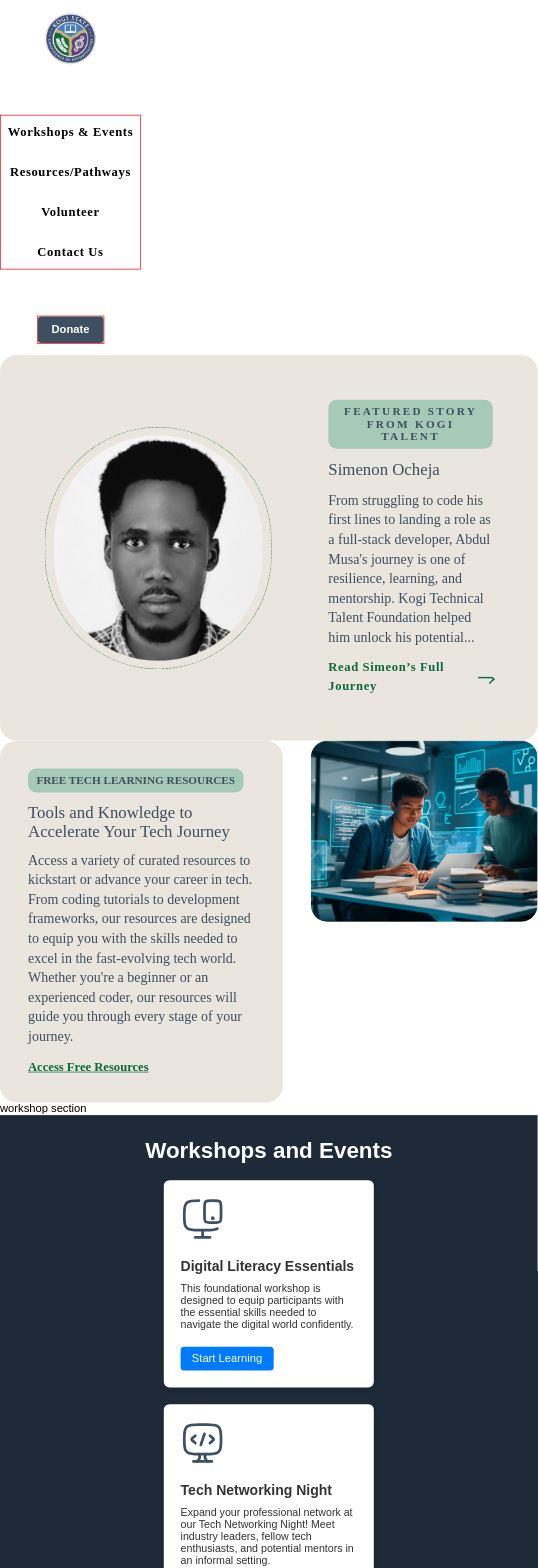
Repository: Cryptim/3MTT-Kogi-Foundation
Page: index.html
These files come from the project's save history. The page is drawn as it stood at one moment and after the next save; the edit follows.
The browser window is 768 px wide. The pictures show the part of the page from y = 0 to 2240 px (the page is 5301 px tall before and 5047 px after), at 70% of full size.

Above is the page before, as saved 2024-11-04 03:24:20.

### index.html
<!DOCTYPE html>
<html lang="en">
  <head>
    <meta charset="UTF-8" />
    <meta name="viewport" content="width=device-width, initial-scale=1.0" />
    <title>Three Million Technical Talent Foundation</title>
    <link rel="stylesheet" href="stlyes/style.css" />
  </head>
  <body>
    <header class="header">
      <div class="logo">
        <img src="assets/images/logo.png" alt="Foundation Logo" />
      </div>
      <nav class="nav">
        <a href="#">Workshops & Events</a>
        <a href="#">Resources/Pathways</a>
        <a href="#">Volunteer</a>
        <a href="#">Contact Us</a>
      </nav>
      <div class="donate-button">
        <button>Donate</button>
      </div>
    </header>
    <!-- <div class="hero-section">
      <div class="text-container">
        <h1>Empowering Kogi's Brightest Minds for a Future in Tech</h1>
        <p>
          Are you ready to lead the future of tech? Kogi Technical Talent
          Foundation offers mentorship and cutting-edge resources to help early
          adopters like you grow and innovate.
        </p>
        <button>Explore Free Resources</button>
      </div>
      <div class="image-container">
        <img
          src="assets/images/Frame 5.png"
          alt="Team working with technology"
        />
        <div class="tag tag-collaborations">Collaborations</div>
        <div class="tag tag-volunteerism">Volunteerism</div>
        <div class="tag tag-mentorship">Mentorship</div>
        <div class="tag tag-empowerment">Empowerment</div>
        <div class="tag tag-free-resources">Free Resources</div>
        <div class="tag tag-partnership">Partnership</div>
      </div>
    </div>
    <div
      style="
        display: flex;
        flex-direction: column;
        gap: 40px;
        padding: 80px 20px;
        background-color: #fff;
      "
    >
      <!-- Featured Story Section -->
      <div
        style="
          width: 100%;
          padding: 64px;
          background: #eae6dd;
          border-radius: 24px;
          display: flex;
          align-items: center;
          gap: 81px;
        "
      >
        <div
          style="
            height: 346px;
            padding: 12px;
            border-radius: 500px;
            border: 1px #0c6a38 dotted;
            display: flex;
            align-items: center;
          "
        >
          <img
            style="
              color: #3d4f60;
              font-size: 16px;
              font-family: Cascadia Code;
              font-weight: 600;
              text-transform: uppercase;
              line-height: 28px;
              letter-spacing: 3.2px;
              word-wrap: break-word;
            "
            src="assets/images/Simeon ocheja 1.png"
            alt="Simenon Ocheja"
          />
        </div>
        <div
          style="width: 589px; display: flex; flex-direction: column; gap: 16px"
        >
          <div
            style="
              padding: 8px 12px;
              background: #a7cab7;
              border-radius: 12px;
              text-align: center;
            "
          >
            <span
              style="
                color: #3d4f60;
                font-size: 16px;
                font-family: Cascadia Code;
                font-weight: 600;
                text-transform: uppercase;
                letter-spacing: 3.2px;
              "
              >Featured Story from Kogi talent</span
            >
          </div>
          <h2
            style="
              color: #3d4f60;
              font-size: 24px;
              font-family: Cascadia Code;
              font-weight: 400;
            "
          >
            Simenon Ocheja
          </h2>
          <p
            style="
              width: 100%;
              color: #3d4f60;
              font-size: 20px;
              font-family: Cascadia Code;
              font-weight: 300;
              line-height: 28px;
              word-wrap: break-word;
            "
          >
            From struggling to code his first lines to landing a role as a
            full-stack developer, Abdul Musa's journey is one of resilience,
            learning, and mentorship. Kogi Technical Talent Foundation helped
            him unlock his potential...
          </p>
          <div style="display: flex; align-items: center; gap: 8px">
            <span
              style="
                color: #0c6a38;
                font-size: 18px;
                font-family: Cascadia Code;
                font-weight: 700;
                line-height: 27.2px;
                letter-spacing: 0.9px;
                word-wrap: break-word;
              "
              >Read Simeon’s Full Journey</span
            >
            <div style="width: 24px; height: 24px; position: relative">
              <div
                style="
                  width: 20px;
                  height: 0;
                  position: absolute;
                  border-top: 2.5px solid #0c6a38;
                  top: 50%;
                  left: 0;
                "
              ></div>
              <div
                style="
                  width: 5px;
                  height: 10px;
                  position: absolute;
                  border-right: 2.5px solid #0c6a38;
                  border-top: 2.5px solid #0c6a38;
                  top: 50%;
                  right: 0;
                  transform: rotate(45deg);
                "
              ></div>
            </div>
          </div>
        </div>
      </div>

      <!-- Free Tech Learning Resources Section -->
      <div style="display: flex; gap: 40px">
        <div
          style="
            flex: 1;
            padding: 40px;
            background: #eae6dd;
            border-radius: 24px;
          "
        >
          <div
            style="
              padding: 8px 12px;
              background: #a7cab7;
              border-radius: 12px;
              display: inline-block;
            "
          >
            <span
              style="
                color: #3d4f60;
                font-size: 16px;
                font-family: Cascadia Code;
                font-weight: 600;
                text-transform: uppercase;
              "
              >Free Tech Learning Resources</span
            >
          </div>
          <h3
            style="
              color: #3d4f60;
              font-size: 24px;
              font-family: Cascadia Code;
              font-weight: 400;
              margin-top: 16px;
            "
          >
            Tools and Knowledge to Accelerate Your Tech Journey
          </h3>
          <p
            style="
              color: #3d4f60;
              font-size: 20px;
              font-family: Cascadia Code;
              font-weight: 300;
              line-height: 1.4;
              margin-top: 12px;
            "
          >
            Access a variety of curated resources to kickstart or advance your
            career in tech. From coding tutorials to development frameworks, our
            resources are designed to equip you with the skills needed to excel
            in the fast-evolving tech world. Whether you're a beginner or an
            experienced coder, our resources will guide you through every stage
            of your journey.
          </p>
          <a
            href="#"
            style="
              color: #0c6a38;
              font-size: 18px;
              font-family: Cascadia Code;
              font-weight: 700;
              display: inline-block;
              margin-top: 20px;
            "
            >Access Free Resources</a
          >
        </div>
        <div style="flex: 1">
          <img
            style="width: 100%; border-radius: 24px"
            src="assets/images/Resources image 1.png"
            alt="Tech Journey"
          />
        </div>
      </div>
    </div>
    workshop section
    <section class="workshops-section">
      <h2>Workshops and Events</h2>
      <div class="workshops-container">
        <div class="workshop-card">
          <div class="icon">
            <img
              src="assets/images/computer-phone-sync.svg"
              alt="Digital Literacy Icon"
            />
          </div>
          <h3>Digital Literacy Essentials</h3>
          <p>
            This foundational workshop is designed to equip participants with
            the essential skills needed to navigate the digital world
            confidently.
          </p>
          <button>Start Learning</button>
        </div>
        <div class="workshop-card">
          <div class="icon">
            <img
              src="assets/images/computer-programming-01.svg"
              alt="Networking Icon"
            />
          </div>
          <h3>Tech Networking Night</h3>
          <p>
            Expand your professional network at our Tech Networking Night! Meet
            industry leaders, fellow tech enthusiasts, and potential mentors in
            an informal setting.
          </p>
          <button>Save Your Spot</button>
        </div>
        <div class="workshop-card">
          <div class="icon">
            <img
              src="assets/images/computer-video-call.svg"
              alt="Marketing Icon"
            />
          </div>
          <h3>Digital Marketing Masterclass</h3>
          <p>
            This workshop covers SEO, social media strategies, and content
            creation techniques to help participants promote their skills and
            projects online.
          </p>
          <button>Join the Masterclass</button>
        </div>
      </div>
    </section>
    <!--  Event section-->
    <section class="events-section">
      <h2>Upcoming Events</h2>
      <div class="events-container">
        <div class="event-card">
          <img
            src="assets/images/cloud-african 1.png"
            alt="Cloud Computing Workshop"
          />
          <h3>Getting Started with Cloud Computing: A Beginner's Guide</h3>
          <p>
            This introductory workshop will guide you through the fundamentals
            of cloud computing.
          </p>
          <div class="event-info">
            <span class="event-date"
              ><img
                src="assets/images/calendar-01.svg"
                alt="Calendar Icon"
                class="icon"
              />
              December 5, 2024</span
            >
            <span class="event-time"
              ><img
                src="assets/images/alarm-clock.svg"
                alt="Clock Icon"
                class="icon"
              />
              10:00 AM - 12:00 PM</span
            >
          </div>
        </div>
        <div class="event-card">
          <img
            src="assets/images/digital marketing.png"
            alt="Social Media for Entrepreneurs"
          />
          <h3>Mastering Social Media for Digital Entrepreneurs</h3>
          <p>
            Discover content creation strategies, audience engagement
            techniques, and more.
          </p>
          <div class="event-info">
            <span class="event-date"
              ><img
                src="assets/images/calendar-01.svg"
                alt="Calendar Icon"
                class="icon"
              />
              December 5, 2024</span
            >
            <span class="event-time"
              ><img
                src="assets/images/alarm-clock.svg"
                alt="Clock Icon"
                class="icon"
              />
              10:00 AM - 12:00 PM</span
            >
          </div>
        </div>
        <div class="event-card">
          <img
            src="assets/images/python.png"
            alt="Python Programming Workshop"
          />
          <h3>Intro to Python Programming: Building Your First App</h3>
          <p>
            This online workshop is perfect for beginners looking to learn
            Python programming.
          </p>
          <div class="event-info">
            <span class="event-date"
              ><img
                src="assets/images/calendar-01.svg"
                alt="Calendar Icon"
                class="icon"
              />
              December 5, 2024</span
            >
            <span class="event-time"
              ><img
                src="assets/images/alarm-clock.svg"
                alt="Clock Icon"
                class="icon"
              />
              10:00 AM - 12:00 PM</span
            >
          </div>
        </div>
      </div>
    </section>
    <!-- Mentor section -->
    <section class="mentors-section">
      <h2>Meet Our Mentors and Contributors</h2>
      <p>
        Meet Our MAt the heart of the Kogi Technical Talent Foundation is a
        dedicated team of mentors and contributors who are passionate about
        sharing their knowledge and expertise. Our mentors come from diverse
        backgrounds in technology, entrepreneurship, and innovation, providing
        invaluable guidance to help you navigate your career journey. Whether
        you're looking to enhance your coding skills, explore new fields like
        digital marketing, or get advice on launching your own tech startup, our
        mentors are here to support you.
      </p>
      <a href="#" class="explore-link">Explore Our Mentor’s Profile →</a>
      <div class="mentors-container">
        <div class="mentor-card">
          <img src="assets/images/Frame 19.png" alt="Omachoko Arome" />
          <h3>Omachoko Arome</h3>
        </div>
        <div class="mentor-card">
          <img src="assets/images/Frame 20.png" alt="Marian Musa" />
          <h3>Marian Musa</h3>
        </div>
        <div class="mentor-card">
          <img src="assets/images/Frame 21.png" alt="Ismaila Omeiza" />
          <h3>Ismaila Omeiza</h3>
        </div>
        <div class="mentor-card">
          <img src="assets/images/Frame 22.png" alt="Timothy Ignatius" />
          <h3>Timothy Ignatius</h3>
        </div>
      </div>
    </section> -->
  </body>
</html>

### stlyes/style.css
* {
  margin: 0;
  padding: 0;
  box-sizing: border-box;
}

body {
  font-family: Arial, sans-serif;
}

.header {
  /* padding-left: 180px; */
  /* padding-right: 180px;  */
  padding-top: 16px;
  padding-bottom: 16px;
  justify-content: center;
  align-items: center;
  gap: 66px;
  display: inline-flex;
  left: 0;
  top: 0;
}

.logo img {
  width: 78px; /* Adjust size as needed */
  height: 78px;
}

.nav {
  justify-content: center;
  align-items: center;
  gap: 40px;
  border: 1px solid red;
  display: flex;
}

.nav a {
  padding: 10px;
  justify-content: center;
  align-items: center;
  gap: 10px;
  display: flex;
  transition: color 0.3s;
  font-size: 18px;
  text-decoration: none;
  color: black;
  font-size: 18px;
  font-family: Cascadia Code;
  font-weight: 700;
  line-height: 27.2px;
  letter-spacing: 0.9px;
  word-wrap: break-word;
}

.nav a:hover {
  color: #007bff;
}

.donate-button {
  /* Adds space to the right of the button */
  border: 1px solid red;
}

.donate-button button {
  padding: 10px 20px;
  background-color: #3d4f60;
  color: #fff;
  border: none;
  border-radius: 5px;
  cursor: pointer;
  font-weight: bold;
  transition: background-color 0.3s;
}

.donate-button button:hover {
  background-color: #007bff;
}

/* Responsive adjustments */
@media (max-width: 768px) {
  .header {
    flex-direction: column;
    align-items: center;
  }

  .logo,
  .donate-button {
    margin: 0; /* Remove margins for smaller screens */
  }

  .nav {
    flex-direction: column;
    gap: 10px;
  }
}

/* section one */
.hero-section {
  display: flex;
  align-items: center;
  /* padding: 50px; */
  background-color: #fff;
  border: 1px solid #ddd;
  height: 560.85px;
  justify-content: center;
  align-items: center;
}

.text-container {
  max-width: 50%;
}

.text-container h1 {
  font-size: 2.5em;
  font-weight: bold;
  margin-bottom: 20px;
}

.text-container p {
  font-size: 1.2em;
  margin-bottom: 20px;
}

.text-container button {
  padding: 10px 20px;
  background-color: #3b3b3b;
  color: #fff;
  border: none;
  border-radius: 5px;
  cursor: pointer;
  font-size: 1em;
}

.image-container {
  position: relative;
  max-width: 560.85px;
}

.image-container img {
  width: 100%;
  height: 423.01px;
  border-radius: 283.9px;
}

.tag {
  /* position: absolute;
  padding: 5px 10px;
  font-size: 18.26px;
  background-color: #f0f0f0;
  border-radius: 10.95px;
  font-weight: 300;
  width: 168.26px;
  text-align: center;
  height: 48.73px;
  justify-content: center;
  align-items: center;
  align-self: center; */
}

.tag-collaborations {
  width: 168.26px;
  height: 48.73px;
  padding: 9.13px;
  left: 80.33px;
  top: 15.28px;
  color: #8f6e23;
  position: absolute;
  transform: rotate(-5.21deg);
  transform-origin: 0 0;
  background: #eae6dd;
  border-radius: 10.95px;
  border: 0.5px #c6af7b solid;
  justify-content: center;
  align-items: center;
  gap: 9.13px;
  display: inline-flex;
}

.tag-volunteerism {
  width: 147.26px;
  height: 48.73px;
  padding: 9.13px;
  left: 6.39px;
  top: 114.11px;
  position: absolute;
  background: #add1fb;
  border-radius: 10.95px;
  border: 0.5px #1d71d5 solid;
  justify-content: center;
  align-items: center;
  gap: 9.13px;
  display: inline-flex;
}

.tag-mentorship {
  width: 125.26px;
  height: 44.26px;
  padding: 9.13px;
  left: 383.42px;
  top: 78.51px;
  position: absolute;
  background: #d1c4df;
  border-radius: 10.95px;
  border: 0.5px #5b4377 solid;
  justify-content: center;
  align-items: center;
  gap: 9.13px;
  display: inline-flex;
}

.tag-empowerment {
  width: 136.26px;
  height: 44.26px;
  padding: 9.13px;
  left: 374.29px;
  top: 255.61px;
  position: absolute;
  background: #add1fb;
  border-radius: 10.95px;
  border: 0.5px #1967c3 solid;
  justify-content: center;
  align-items: center;
  gap: 9.13px;
  display: inline-flex;
}

.tag-free-resources {
  width: 168.26px;
  height: 44.26px;
  padding: 9.13px;
  left: 0px;
  top: 323.17px;
  position: absolute;
  background: #d1c4df;
  border-radius: 10.95px;
  border: 0.5px #5b4377 solid;
  justify-content: center;
  align-items: center;
  gap: 9.13px;
  display: inline-flex;
}

.tag-partnership {
  width: 136.26px;
  height: 44.26px;
  padding: 9.13px;
  left: 259.61px;
  top: 405.33px;
  position: absolute;
  transform: rotate(4deg);
  transform-origin: 0 0;
  background: #c5e0d2;
  border-radius: 10.95px;
  border: 0.5px #0c6a38 solid;
  justify-content: center;
  align-items: center;
  gap: 9.13px;
  display: inline-flex;
}

/* workshop section */
.workshops-section {
  padding: 2rem;
  text-align: center;
  background-color: #1e2a38;
  color: #fff;
}

.workshops-section h2 {
  font-size: 2rem;
  margin-bottom: 1.5rem;
}

.workshops-container {
  display: flex;
  flex-wrap: wrap;
  justify-content: center;
  gap: 1.5rem;
}

.workshop-card {
  background-color: #fff;
  color: #333;
  border-radius: 8px;
  box-shadow: 0 4px 8px rgba(0, 0, 0, 0.1);
  width: 100%;
  max-width: 300px;
  padding: 1.5rem;
  text-align: left;
  transition: transform 0.3s;
}

.workshop-card:hover {
  transform: translateY(-5px);
}

.icon {
  font-size: 2rem;
  margin-bottom: 1rem;
}

.workshop-card h3 {
  font-size: 1.25rem;
  margin-bottom: 0.75rem;
}

.workshop-card p {
  font-size: 0.95rem;
  margin-bottom: 1.5rem;
}

button {
  background-color: #007bff;
  color: #fff;
  padding: 0.5rem 1rem;
  border: none;
  border-radius: 5px;
  font-size: 1rem;
  cursor: pointer;
  transition: background-color 0.3s;
}

button:hover {
  background-color: #0056b3;
}

/* Responsive Design */
@media (max-width: 768px) {
  .workshops-container {
    flex-direction: column;
    align-items: center;
  }
}

/* event section*/
.events-section {
  padding: 2rem;
  text-align: center;
  background-color: #fff;
}

.events-section h2 {
  font-size: 2rem;
  margin-bottom: 1.5rem;
}

.events-container {
  display: flex;
  flex-wrap: wrap;
  justify-content: center;
  gap: 1.5rem;
}

.event-card {
  background-color: #ffffff;
  border-radius: 8px;
  box-shadow: 0 4px 8px rgba(0, 0, 0, 0.1);
  width: 100%;
  max-width: 300px;
  text-align: left;
  overflow: hidden;
  transition: transform 0.3s;
}

.event-card:hover {
  transform: translateY(-5px);
}

.event-card img {
  width: 100%;
  height: auto;
  /* border-bottom: 2px solid #ddd; */
}

.event-card h3 {
  font-size: 1.25rem;
  margin: 1rem 1rem 0.5rem;
  color: #1e2a38;
}

.event-card p {
  font-size: 0.95rem;
  margin: 0.5rem 1rem 1rem;
  color: #555;
}

.event-info {
  display: flex;
  justify-content: space-between;
  padding: 1rem;
  /* border-top: 1px solid #ddd; */
  font-size: 0.9rem;
  color: #777;
}

.event-date,
.event-time {
  display: flex;
  align-items: center;
  gap: 0.25rem;
}

.event-info .icon {
  width: 24px; /* Set the icon width */
  height: 24px; /* Set the icon height */
  margin-right: 5px; /* Space between icon and text */
  vertical-align: middle; /* Aligns icon with text */
}
/* Responsive Design */
@media (max-width: 768px) {
  .events-container {
    flex-direction: column;
    align-items: center;
  }
}
/* Mentor section */
.mentors-section {
  max-width: 1000px;
  margin: 0 auto;
  padding: 2rem;
  background-color: #2b3a42;
}

.mentors-content {
  display: flex;
  gap: 2rem;
  align-items: flex-start;
}

.mentors-text {
  flex: 1;
}

.mentors-section h2 {
  font-size: 2rem;
  margin-bottom: 1rem;
  color: #dbe0e4;
  font-weight: bold;
}

.mentors-section p {
  font-size: 1rem;
  line-height: 1.6;
  margin-bottom: 1.5rem;
  color: #dbe0e4;
}

.explore-link {
  display: inline-block;
  margin-top: 1rem;
  font-size: 1rem;
  color: #ffd85f; /* Yellow color for link */
  text-decoration: none;
  font-weight: bold;
}

.mentors-container {
  display: grid;
  grid-template-columns: 1fr 1fr;
  gap: 1.5rem;
  flex: 1;
}

.mentor-card {
  background-color: #d7e7f0;
  border-radius: 12px;
  padding: 1rem;
  text-align: center;
  transition: transform 0.3s;
  color: #2b3a42; /* Dark text color */
}

.mentor-card:hover {
  transform: scale(1.05);
}

.mentor-card img {
  width: 80px;
  height: 80px;
  border-radius: 50%;
  object-fit: cover;
  margin-bottom: 0.5rem;
}

.mentor-card h3 {
  font-size: 1rem;
  color: #2b3a42;
  margin-top: 0.5rem;
  padding: 0.3rem 0.6rem;
  border-radius: 5px;
  background-color: rgba(255, 255, 255, 0.8); /* Slight background for text */
}

/* Responsive styling for smaller screens */
@media (max-width: 768px) {
  .mentors-content {
    flex-direction: column;
  }

  .mentors-container {
    grid-template-columns: 1fr;
  }
}

@media (max-width: 480px) {
  .mentor-card img {
    width: 70px;
    height: 70px;
  }

  .mentors-section h2 {
    font-size: 1.5rem;
  }

  .mentors-section p {
    font-size: 0.85rem;
  }
}

After the next save:
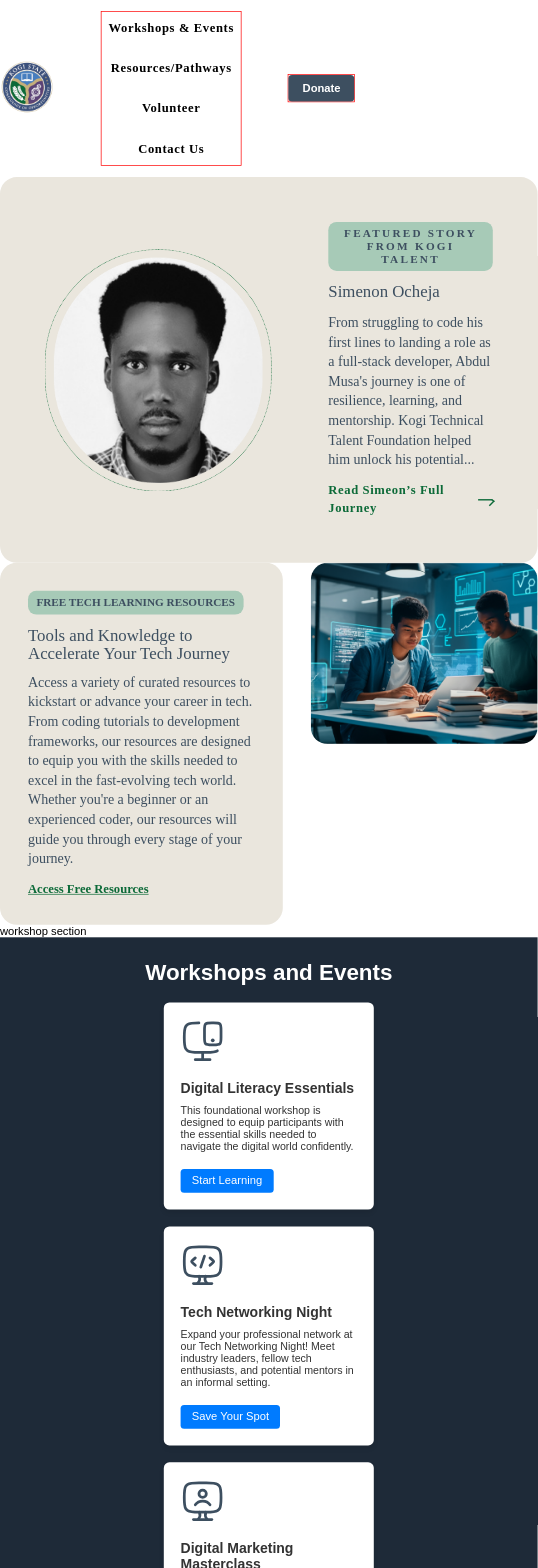
Saved 30 s later.
--- a/stlyes/style.css
+++ b/stlyes/style.css
@@ -78,10 +78,10 @@
 
 /* Responsive adjustments */
 @media (max-width: 768px) {
-  .header {
+  /* .header {
     flex-direction: column;
     align-items: center;
-  }
+  } */
 
   .logo,
   .donate-button {
